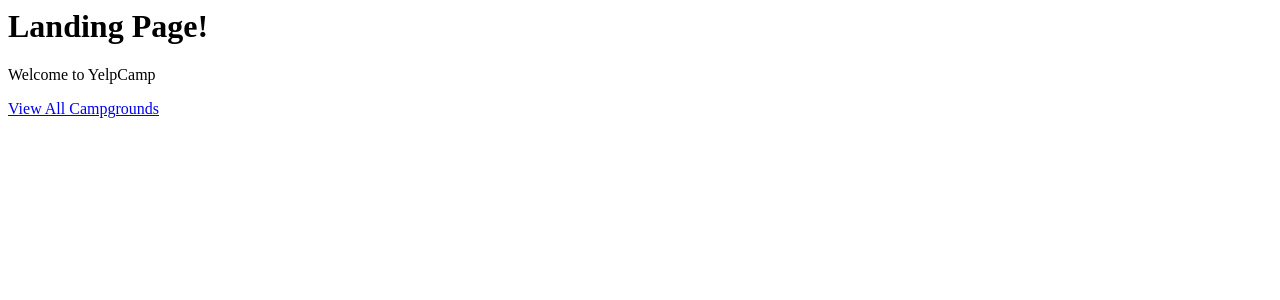
Repository: pruzic/webdevbootcamp
Page: http://localhost/
The author's editor kept a record of every edit. The page is drawn from the files as they stood at one moment, then again after a run of edits.
The browser window is 1280 px wide. The pictures show the whole page.
The page is served by the project's Node server (YelpCamp/v1/app.js).

Above is the page before.

After the next 4 edits:
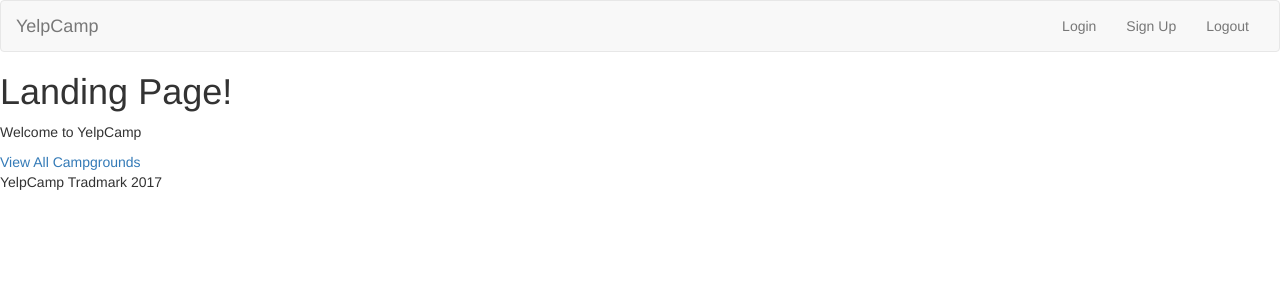
The 4 edits are shown as one change because 3 did not build or start.
The edit:
--- a/workspace/YelpCamp/v1/views/landing.ejs
+++ b/workspace/YelpCamp/v1/views/landing.ejs
@@ -1,5 +1,9 @@
+<% include partials/header %>
+
 <h1>Landing Page!</h1>
 
 <p>Welcome to YelpCamp</p>
 
 <a href="/campgrounds">View All Campgrounds</a>
+
+<% include partials/footer %>
